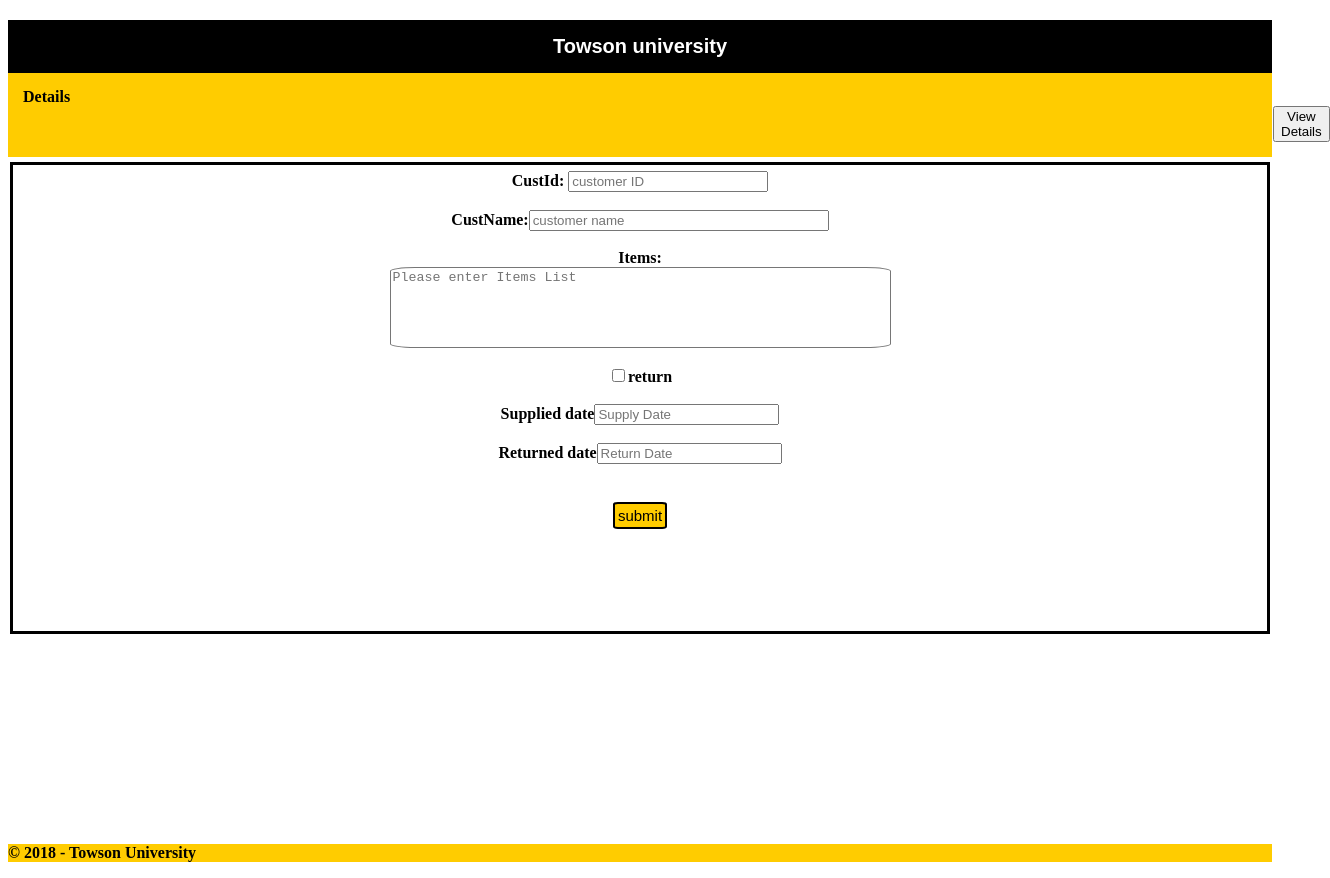
Repository: DatabaseCOSC578/eclipse-workspace11
Page: http://localhost/Supervisor/Supervisor.jsp
These files come from the project's save history. The page is drawn as it stood at one moment and after the next save; the edit follows.
The browser window is 1280 px wide. The page is 1330 px wide, then 1280 px, then 1330 px, so the pictures cover 1330 px, including what lies to the right of the window. The pictures show the whole page.
The page is served by Tomcat 9. Other server files are loaded and not shown.

Above is the page before, as saved 2018-04-15 19:44:23.

### Supervisor/WebContent/Supervisor.jsp
<html>
<head>
    <link href="css/layout1.css" rel="stylesheet">
</head>
<body>
<header><center>Towson university</center></header>
<form name="inputdetails" action="store" method="post" id="form1">
<div><b>Details</b>


<button id="b1">View Details</button>

</div>
<fieldset><center>

<b>CustId:</b> <input type=text style="width: 200px;" name="custid " placeholder="customer ID"><br><br>
<b>CustName:</b><input type=text style="width: 300px; align:center;" name="custname" placeholder="customer name "><br><br>
<b>Items:<b/><br/>
<textarea rows="5" cols="60"  maxlength="260" name="items" placeholder="Please enter Items List">
</textarea> <br><br>
<input type=checkbox name="return" value=1>return<br><br>
Supplied date<input type=text name="sdate" placeholder="Supply Date" ><br><br>
Returned date<input type=text name="rdate" placeholder="Return Date" ><br><br>
<input type=submit value=submit> <br><br><br><br><br>
</center></fieldset>
</form>
</body>
<footer> &copy 2018 - Towson University</footer>
</html>

### Supervisor/WebContent/css/layout1.css
header {
	position: relative;
	color: #FFFFFF;
	font-family: sans-serif;
	font-size: 20px;
	text-align:left;
	background-color: #000000;
	margin: 20;
	margin-left:0;
	margin-bottom:0;
	margin-right:0;

	padding: 15;
	font-weight:700;
}

div {
	background-color: #fc0;
	margin: 0;
	margin-top:0;
	padding: 15;
}

fieldset {
	margin-top: 5;
	border: solid;

}

footer {
	font-weight: 800;
	text-color: solid #000000;
	background-color: #fc0;
	margin-top: 210;
}
textarea{
	resize:none;
	border-radius:5%;
}
input[type="submit"] {
	align:center;
	margin: 20px;
	background-color: #fc0;
	padding: 3;
	text-align:center;
	text-weight: 700;
	border: solid 2px;
	font-size: 15;
	border-radius: 9%;
}
input[type="submit"]:hover {
	cursor:pointer;
}

#b1 {
	margin-top: 0;
	margin-left:1250;
	margin-right:0;
}

After the next save:
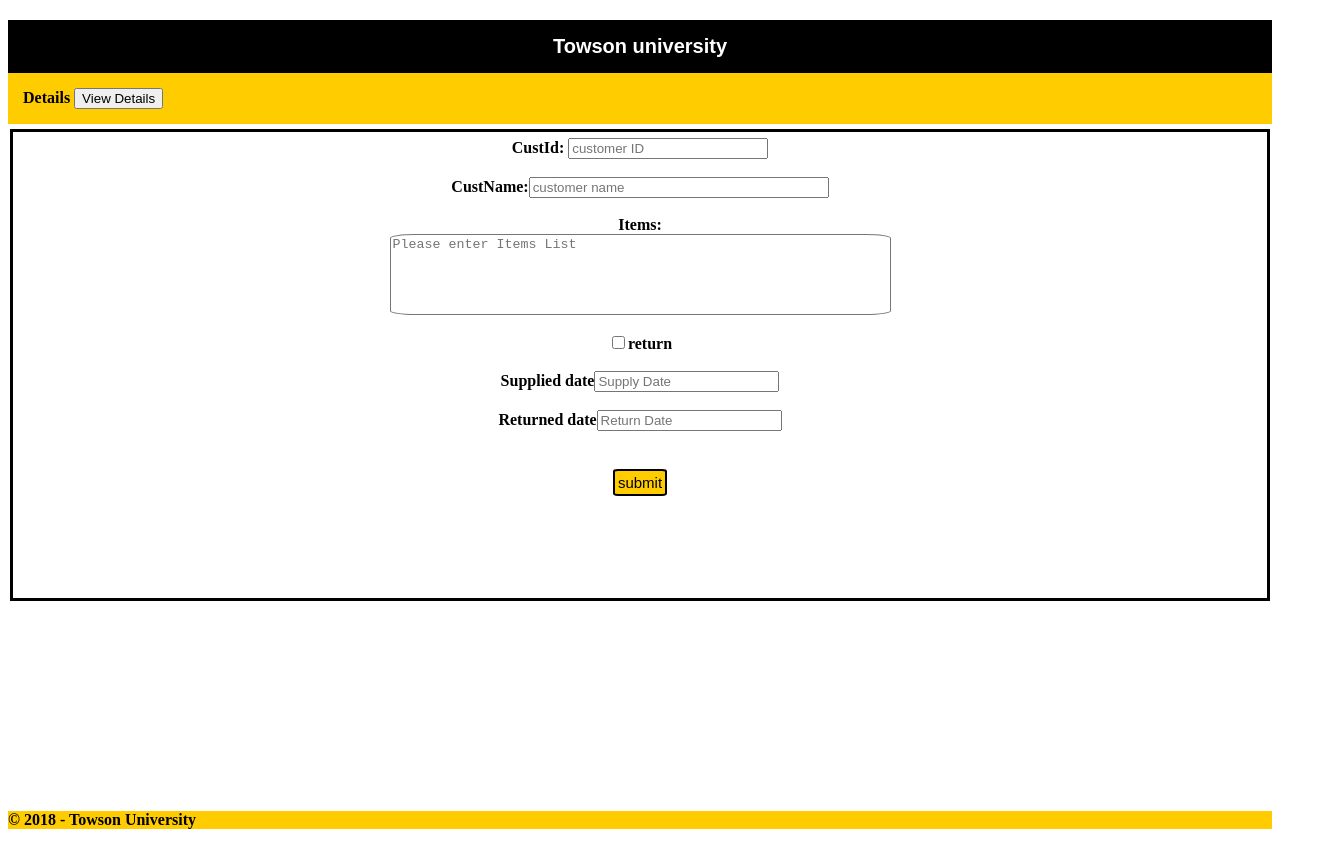
Saved 3 min 58 s later.
--- a/Supervisor/WebContent/Supervisor.jsp
+++ b/Supervisor/WebContent/Supervisor.jsp
@@ -8,7 +8,8 @@
 <div><b>Details</b>
 
 
-<button id="b1">View Details</button>
+<button type="submit" formaction="/Supervisorshow.jsp">View Details</button>
+
 
 </div>
 <fieldset><center>

After the save that followed:
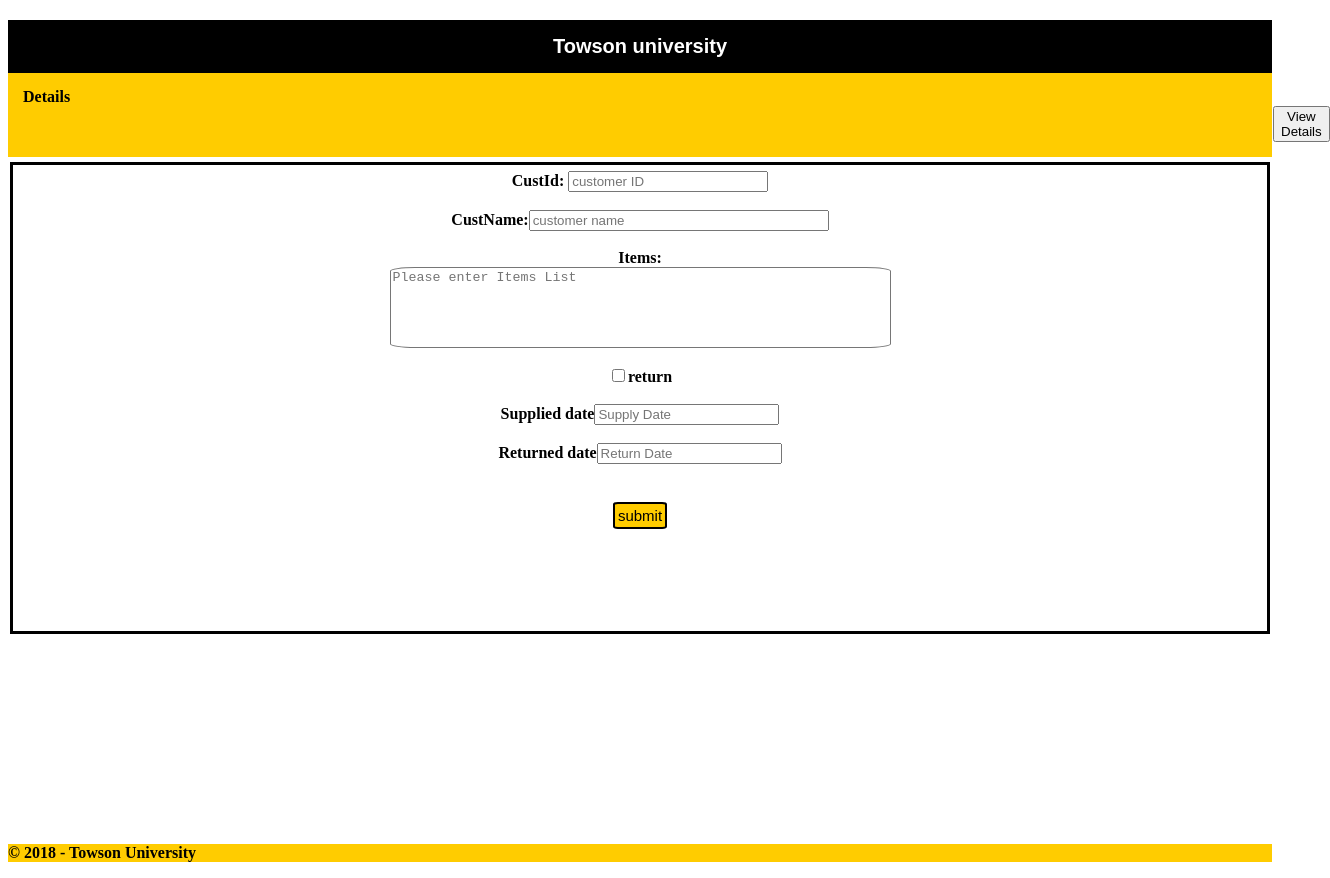
Saved 51 s later.
--- a/Supervisor/WebContent/Supervisor.jsp
+++ b/Supervisor/WebContent/Supervisor.jsp
@@ -8,7 +8,7 @@
 <div><b>Details</b>
 
 
-<button type="submit" formaction="/Supervisorshow.jsp">View Details</button>
+<button id ="b1" type="submit" formaction="/Supervisorshow.jsp">View Details</button>
 
 
 </div>
